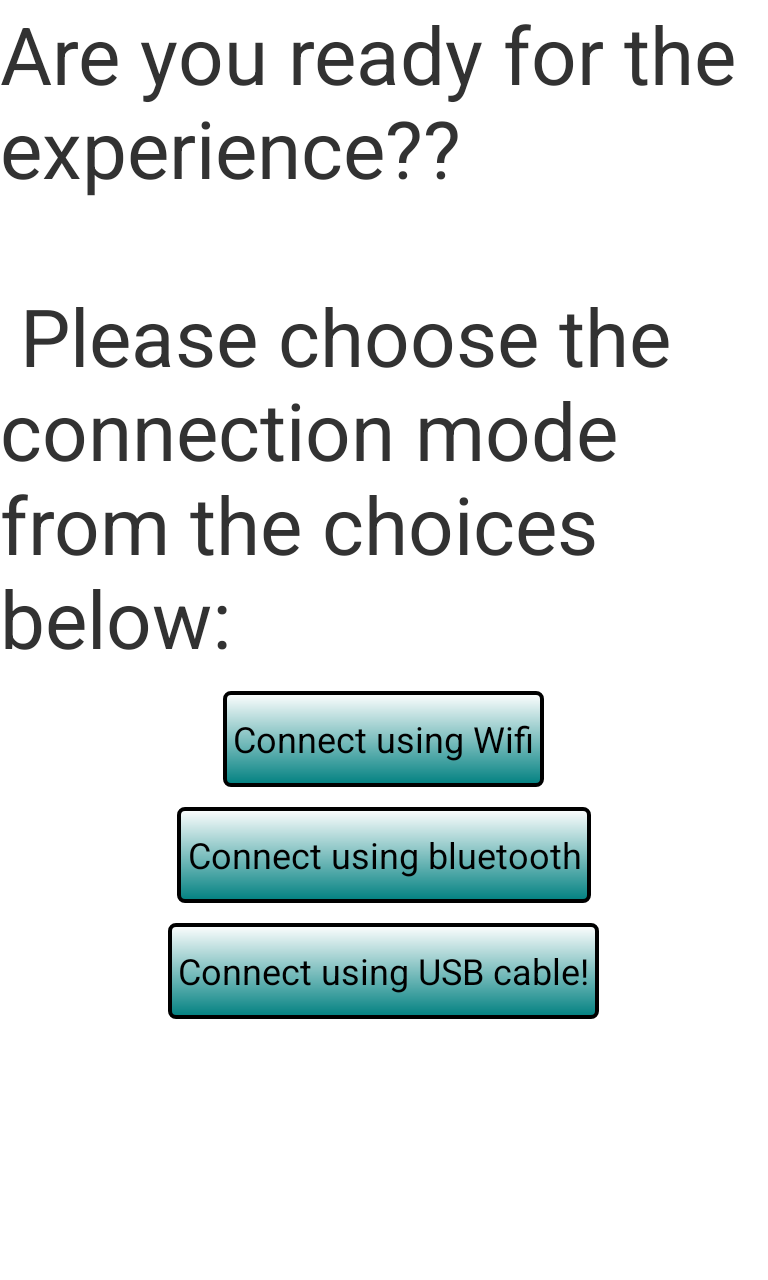
Repository: neha01mittal/AndroidGameController
Layout: AndroidTCPComm/AndroidGameController/GameControllerDataTransfer/res/layout/activity_main.xml
These files come from the project's save history. The layout is drawn as it stood at one moment and after the next save; the edit follows.
It is drawn on a 768 x 1280 px phone screen (xhdpi) without system bars, with theme AppTheme; the app's code is not run.

Above is the layout before, as saved 2013-12-11 19:38:33.

After the next save:
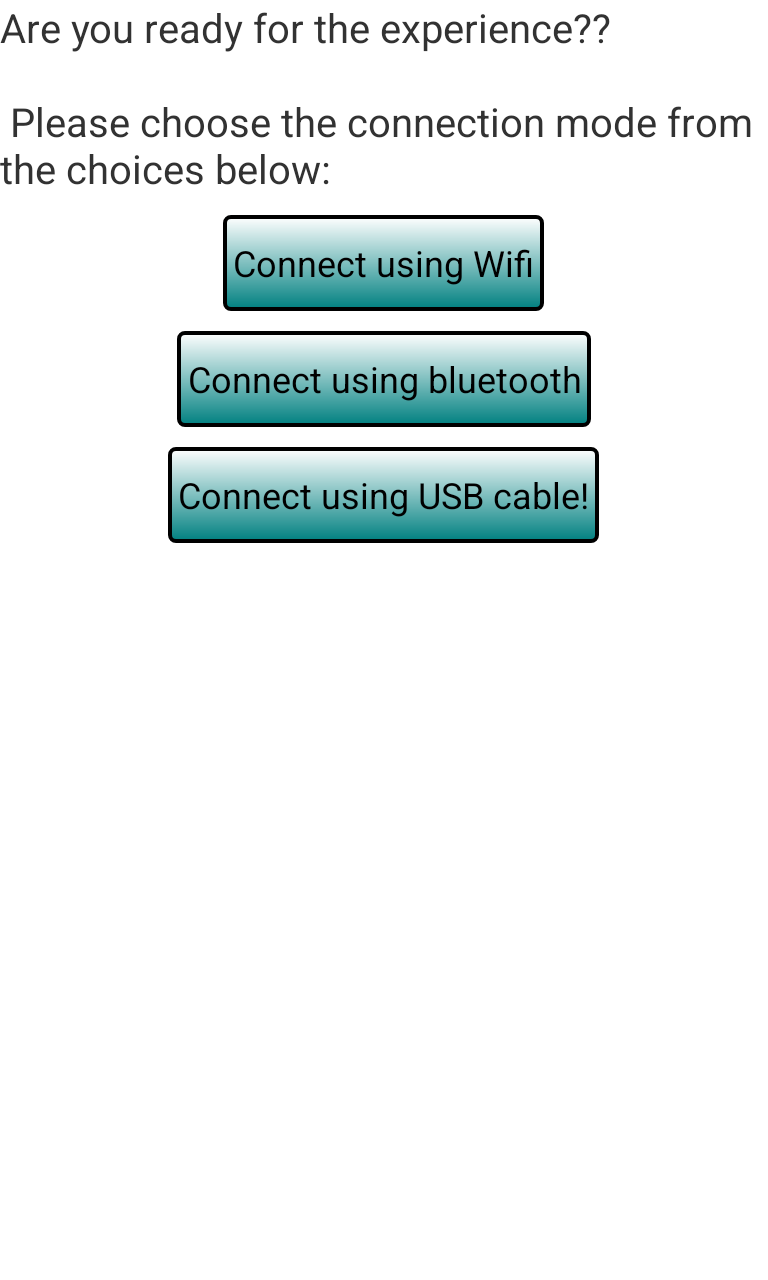
Saved 18 s later.
--- a/AndroidTCPComm/AndroidGameController/GameControllerDataTransfer/res/layout/activity_main.xml
+++ b/AndroidTCPComm/AndroidGameController/GameControllerDataTransfer/res/layout/activity_main.xml
@@ -9,7 +9,7 @@
         android:layout_height="wrap_content"
         android:layout_gravity="center"
         android:text="@string/welcome_message"
-        android:textSize="40sp" />
+        android:textSize="20sp" />
 
     <View
         android:layout_width="1dp"
